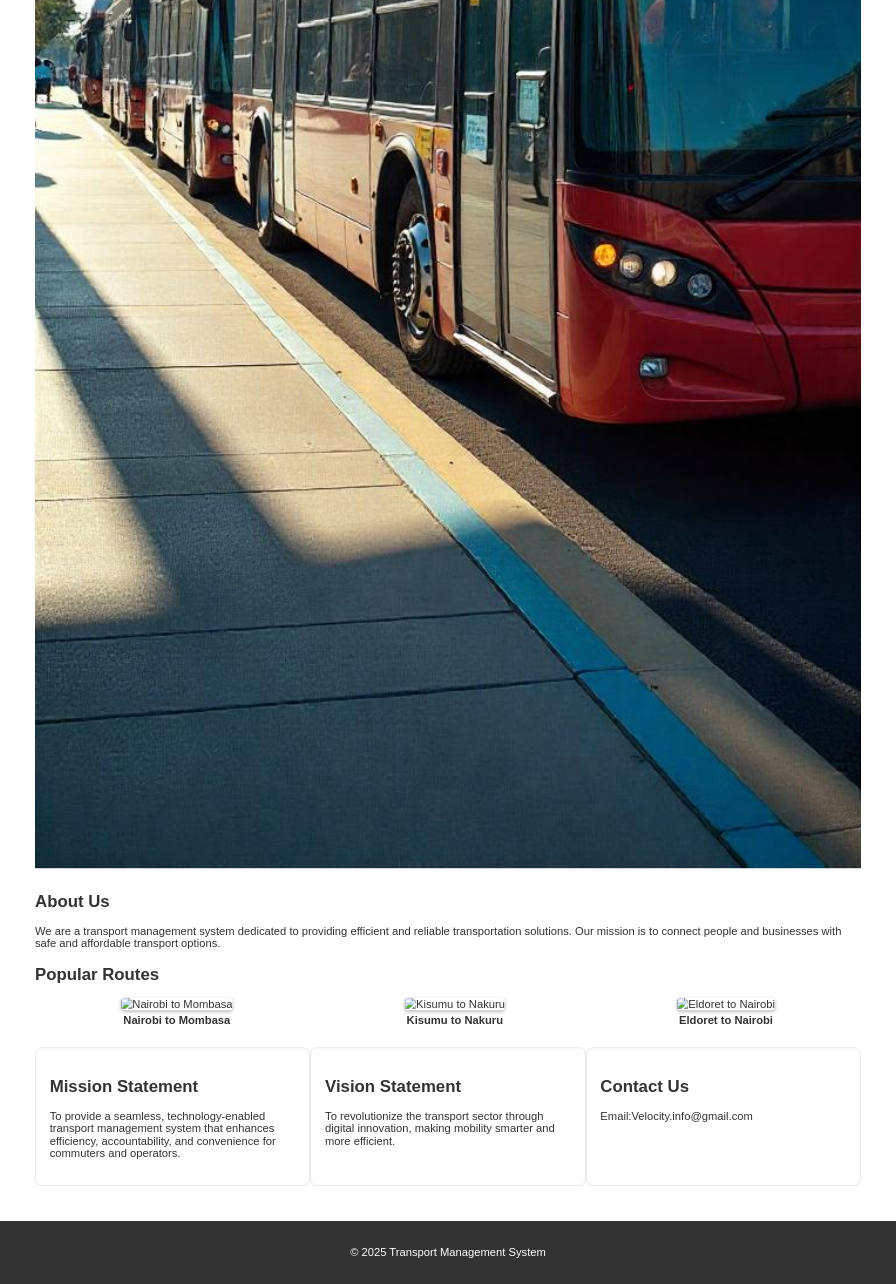
Repository: Ndegwa2/Smart-Transport-System
Page: client/landing page.html
These files come from the project's save history. The page is drawn as it stood at one moment and after the next save; the edit follows.
The browser window is 1280 px wide. The pictures show the part of the page from y = 1486 to 3406 px (the page is 3320 px tall before and 3406 px after), at 70% of full size.

Above is the page before, as saved 2025-03-27 22:04:05.
Not found: client/[Eldoret to Nairobi Image Placeholder]
Not found: client/[Kisumu to Nakuru Image Placeholder]
Not found: client/[Nairobi to Mombasa Image Placeholder]

### client/landing page.html
<!DOCTYPE html>
<html lang="en">
<head>
    <meta charset="UTF-8">
    <meta name="viewport" content="width=device-width, initial-scale=1.0">
    <title>Transport Management System</title>
    <link rel="stylesheet" href="style.css">
</head>
<body>
    <style>
body {
    font-family: sans-serif;
    margin: 0;
    padding: 0;
    background-color: #fff;
    color: #333;
}

header {
    background-color: #fff;
    padding: 20px;
    display: flex;
    justify-content: space-between;
    align-items: center;
    box-shadow: 0 2px 5px rgba(0, 0, 0, 0.1);
}

.logo img {
    height: 50px;
}

nav ul {
    list-style: none;
    margin: 0;
    padding: 0;
    display: flex;
}

nav li {
    margin-right: 20px;
}

nav a {
    text-decoration: none;
    color: #333;
    font-weight: bold;
    transition: color 0.3s ease;
}

nav a:hover {
    color: orange;
}

.account {
    display: flex;
    align-items: center;
}

.sign-in-out button {
    background-color: orange;
    color: #fff;
    border: none;
    padding: 10px 20px;
    margin-right: 10px;
    border-radius: 5px;
    cursor: pointer;
    transition: background-color 0.3s ease;
}

.sign-in-out button:hover {
    background-color: #d97706;
}

.account-icon img {
    height: 30px;
    border-radius: 50%;
}

main {
    padding: 50px;
    text-align: center;
}

.hero h1 {
    font-size: 3em;
    color: orange;
    margin-bottom: 20px;
}

.hero p {
    font-size: 1.2em;
    line-height: 1.5;
}

footer {
    background-color: #333;
    color: #fff;
    text-align: center;
    padding: 20px;
}

.mission-vision-contacts {
    display: flex;
    justify-content: space-around;
    margin-top: 20px;
}

.card {
    width: 30%;
    padding: 20px;
    border: 1px solid #ddd;
    border-radius: 10px;
    text-align: left;
    transition: transform 0.3s ease;
}

.card:hover {
    transform: translateY(-5px);
    box-shadow: 0 4px 8px rgba(0, 0, 0, 0.2);
}

.slideshow {
    margin-top: 30px;
}

.slideshow-container {
    display: flex;
    overflow: hidden;
}

.slide {
    width: 100%;
    flex-shrink: 0;
    transition: transform 0.5s ease-in-out;
}

.slide img {
    width: 100%;
    height: auto;
}

.about-us {
    margin-top: 30px;
    text-align: left;
}

.routes {
    margin-top: 20px;
    text-align: left;
}

.routes ul {
    list-style: none;
    padding: 0;
}

.routes li {
    margin-bottom: 10px;
}

.route-list {
    display: flex;
    justify-content: space-around;
    list-style: none;
    padding: 0;
}

.route-list li {
    text-align: center;
}

.route-list img {
    width: 150px;
    height: 100px;
    object-fit: cover;
    border-radius: 5px;
    box-shadow: 0 2px 5px rgba(0, 0, 0, 0.3);
    transition: transform 0.3s ease;
}

.route-list img:hover {
    transform: scale(1.1);
}

.route-list span {
    display: block;
    margin-top: 5px;
    font-weight: bold;
} </style>
    <header>
        <div class="logo">
            <img src="logo.png" alt="Sacco Logo">
        </div>
        <nav>
            <ul>
                <li><a href="#">Routes</a></li>
                <li><a href="#">Fleet</a></li>
                <li><a href="#">Home</a></li>
                <li><a href="#">Bookings</a></li>
            </ul>
        </nav>
        <div class="account">
            <div class="sign-in-out">
                <button>Sign In</button>
                <button>Sign Out</button>
            </div>
            <div class="account-icon">
                <img src="account.png" alt="Account">
            </div>
        </div>
    </header>
    <main>
        <section class="hero">
            <h1>Welcome to our Transport Management System</h1>
            <p>Your trusted partner for efficient and reliable transportation solutions.</p>
        </section>


        <section class="slideshow">
            <h2>Personnel, Fleet and Routes</h2>
            <div class="slideshow-container">
                <div class="slide">
                    <img src="client/freepik__the-style-is-candid-image-photography-with-natural__7047.jpeg" alt="Cashless Payment">
                </div>
                <div class="slide">
                    <img src="client/freepik__the-style-is-candid-image-photography-with-natural__7048.png" alt="Fleet">
                </div>
                <div class="slide">
                    <img src="client/freepik__upload__24644.jpeg" alt="Efficient">
                </div>
            </div>
        </section>

        <section class="about-us">
            <h2>About Us</h2>
            <p>We are a transport management system dedicated to providing efficient and reliable transportation solutions. Our mission is to connect people and businesses with safe and affordable transport options.</p>
        </section>

        <section class="routes">
            <h2>Popular Routes</h2>
            <ul class="route-list">
                <li>
                    <img src="[Nairobi to Mombasa Image Placeholder]" alt="Nairobi to Mombasa">
                    <span>Nairobi to Mombasa</span>
                </li>
                <li>
                    <img src="[Kisumu to Nakuru Image Placeholder]" alt="Kisumu to Nakuru">
                    <span>Kisumu to Nakuru</span>
                </li>
                <li>
                    <img src="[Eldoret to Nairobi Image Placeholder]" alt="Eldoret to Nairobi">
                    <span>Eldoret to Nairobi</span>
                </li>
            </ul>
        </section>

        <section class="mission-vision-contacts">
            <div class="card">
                <h2>Mission Statement</h2>
                <p>To provide a seamless, technology-enabled transport
                    management system that enhances efficiency, accountability,
                    and convenience for commuters and operators.</p>
            </div>
            <div class="card">
                <h2>Vision Statement</h2>
                <p>To revolutionize the transport sector through digital innovation,
                     making mobility smarter and more efficient.</p>
            </div>
            <div class="card">
                <h2>Contact Us</h2>
                <p>Email:Velocity.info@gmail.com</p>          </div>
        </section>


    </main>
    <footer>
        <p>&copy; 2025 Transport Management System</p>
    </footer>
</body>
</html>

After the next save:
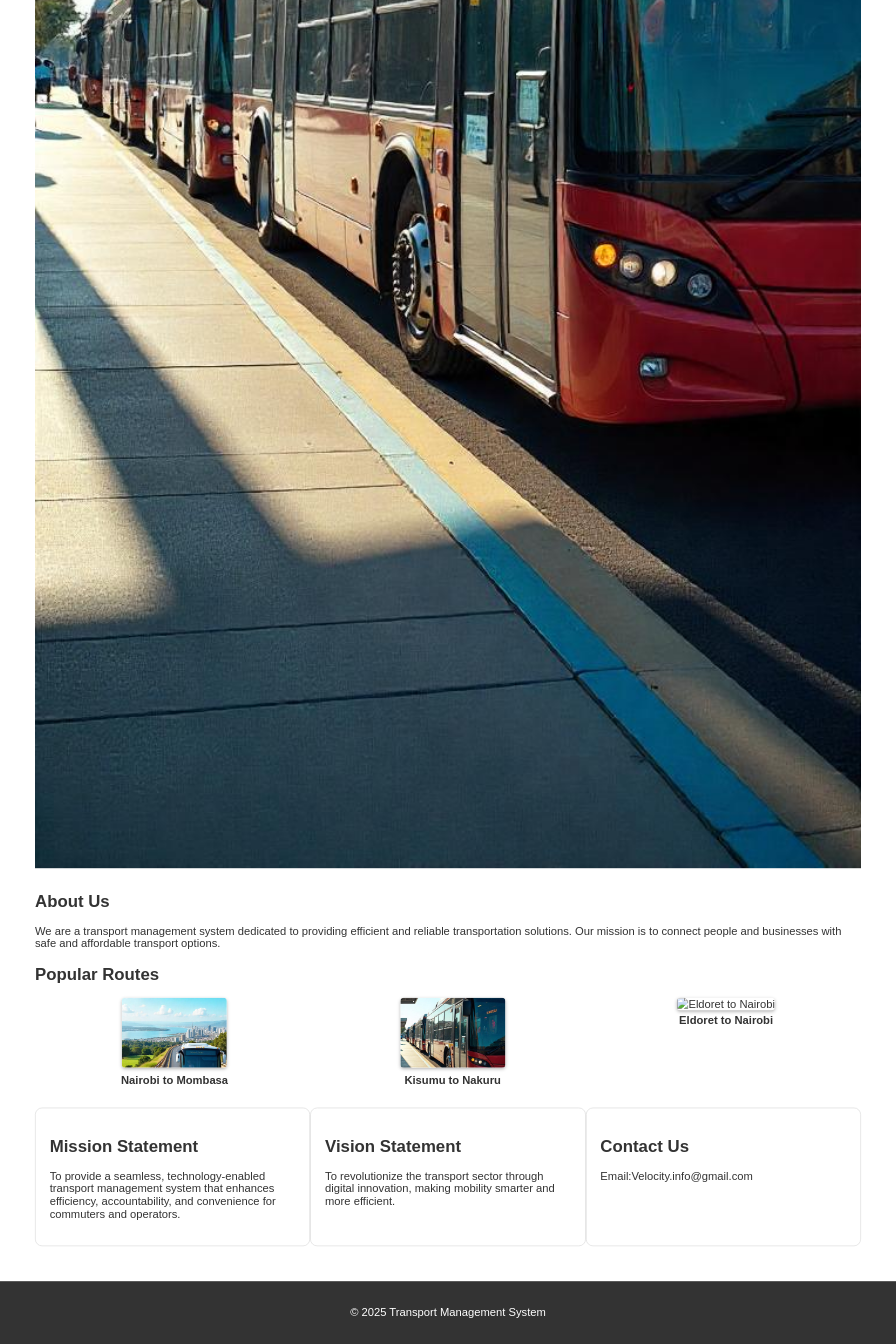
Saved 6 min 43 s later.
--- a/client/landing page.html
+++ b/client/landing page.html
@@ -240,11 +240,11 @@ footer {
             <h2>Popular Routes</h2>
             <ul class="route-list">
                 <li>
-                    <img src="[Nairobi to Mombasa Image Placeholder]" alt="Nairobi to Mombasa">
+                    <img src="client/freepik__modern-web-banner-nairobi-to-kisumu-bus-route-vibr__43513.jpeg" alt="Nairobi to Mombasa">
                     <span>Nairobi to Mombasa</span>
                 </li>
                 <li>
-                    <img src="[Kisumu to Nakuru Image Placeholder]" alt="Kisumu to Nakuru">
+                    <img src="freepik__the-style-is-candid-image-photography-with-natural__7047.jpeg" alt="Kisumu to Nakuru">
                     <span>Kisumu to Nakuru</span>
                 </li>
                 <li>
